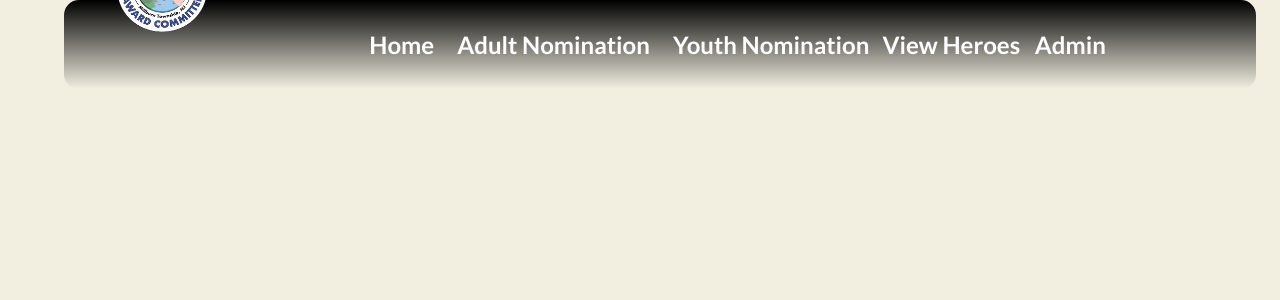
Repository: Centrattic/CSAC
Page: http://localhost/Frontend/error.php
These files come from the project's save history. The page is drawn as it stood at one moment and after the next save; the edit follows.
The browser window is 1280 px wide. The pictures show the whole page.
The page is run by PHP 8.4 with error messages shown; the project is at /var/www/html/.

Above is the page before, as saved 2020-12-22 18:15:15.

### Frontend/error.php
<?php
require '../Backend/functions.php';
session_start();

?>

<main>
<html>
  <head>
    <link href="https://fonts.googleapis.com/css2?family=Lato:ital,wght@0,400;0,700;1,300;1,400&display=swap" rel="stylesheet">
    <link rel = "stylesheet" href = "../CSS/navbar.css">
  </head>
  <body>

    <?php
        navbar();


        if (!function_exists('checkForError')) {
          function checkForError() {
              if(isset($_GET['error'])) {
                  echo("<span class = 'error-message' style = 'all: unset; color:red; font-size: 1.5em; font-weight: 500;'>");
                  echo('An error has ocurred! ');

                  if ($_GET['error'] == "notsignedin") {
                    echo('You are not signed in.');
                  } elseif ($_GET['error'] == "emptyloginfields") {
                    echo('You have empty login fields you must fill out.');
                  } elseif ($_GET['error'] == "databaseerror") {
                    echo('This is a very odd database error.');
                  } elseif ($_GET['error'] == "wrong_password") {
                    echo('You have entered the wrong password.');
                  } elseif ($_GET['error'] == "CRAZYSTUFF") {
                    echo('This is CRAZY STUFF!');
                  } elseif ($_GET['error'] == "nouser") {
                    echo('There is no such user in the database.');
                  } elseif ($_GET['error'] == "file_size>5MB") {
                    echo('One or more of the file(s) you uploaded are larger than 5MB.');
                  } elseif ($_GET['error'] == "can't_upload") {
                    echo('The file(s) you uploaded failed to upload.');
                  } elseif ($_GET['error'] == "wrong_file_type") {
                    echo('One or more of the file(s) you uploaded have the wrong file type.
                    The correct types are: jpg, png, or jpeg for images & docx or pdf for files.');
                  } elseif ($_GET['error'] == "unsuccessful_store") {
                    echo('Your information could not be stored.');
                  } elseif ($_GET['error'] == "unsuccessful_execute") {
                    echo('Your information could not be entered into the database.');
                  } elseif ($_GET['error'] == "unsuccessful_bind") {
                    echo('Your information could not be processed.');
                  } elseif ($_GET['error'] == "preparation_error") {
                    echo('Your information could not be prepared for databse entry.');
                  } else {
                    echo('What a confusing error!');
                  }

                  echo("<br><br> Please go back (press the back button) to retrieve your entered information and/or retry 😊.");
                  echo("</span>");
              }
          }
        }

        checkForError();

    // make sure page cant be accessed without user being signed in


      ?>
  </body>
</html>
</main>

### CSS/navbar.css
* {
    text-align: center;
    font-family: 'Lato', sans-serif;
}

body {
    background-color: #F2EFE1;
}


.menu-area li{
    display: inline;
    color: white;
    font-weight: bold;
    font-size: 1.5em;
    padding-bottom: 10px;
}

.menu-area .non-dropdown a{
    display: inline-block;
    padding: 30px 10px;
    color: white;
    box-sizing: border-box;

}

.menu-area a {
    text-decoration: none;
    color: white;
}

.menu-area .nav-dropdown .dropdown-content li a{
    display: inline-block;
    text-align: center;
    padding: 14px 16px;
    text-decoration: none;
}

.menu-area {
    width: 100%;
    background-image: linear-gradient(black, #F2EFE1);
    overflow: hidden;
    border-radius: 15px;
}

.menu-area .non-dropdown:hover{
    border-radius: 0px;
    border-bottom: 10px solid aliceblue;
}

.menu-area li a {
    box-sizing: border-box;
}

.nav-dropbtn {
    text-decoration: none;
    color: white;
}

/*FIX THIS LATER*/


#logout {
    all: unset;
}

body {
    margin: 0 5%;
}

/* ------------------*/



li.nav-dropdown {
    display: inline-block;
}

.dropdown-content {
    display: none;
    position: absolute;
    background-color: #f9f9f9;
    min-width: 150px;
    box-shadow: 0px 8px 16px 0px rgba(0,0,0,0.2);
    z-index: 1;

}

.dropdown-content a {
    color: black;
    padding: 12px 16px;
    text-decoration: none;
    display: block;
    font-size: .9em;
    text-align: left;
}


.dropdown-content a:hover {
    background-color: #f1f1f1;
}


.nav-dropdown:hover .dropdown-content {
    display: block;
    border-radius: 0px;
}


/* Footer*/



.site-footer {
    background-color: #E2DECC;
      text-align: center;
      margin: 10px 0;
      padding: 10px 0;
  }

  #social-wrapper {
      text-align: center;
  }

  /*Social Media Icons*/
  .social-wrapper {
      text-align: center;
  }

  .social-wrapper ul li {
      display: inline;
      margin: 0 5px;
  }

  .twitter-icon,
  .facebook-icon,
  .instagram-icon,
  .linkedin-icon,
  .googleplus-icon,
  .youtube-icon,
  .foursquare-icon{
      margin-top: .625em;
      width: 40px;
      height: 40px;
      opacity: .6;
      filter: alpha(opacity=60); /* For IE8 and earlier */
    border-radius: 25px;
  }

  .twitter-icon:hover,
  .facebook-icon:hover,
  .instagram-icon:hover,
  .linkedin-icon:hover,
  .googleplus-icon:hover,
  .youtube-icon:hover,
  .foursquare-icon:hover {
      opacity: 1.0;
      filter: alpha(opacity=100); /* For IE8 and earlier */
  }

  .footer-nav p {
      text-align: center;
  }

Loaded but not shown: Backend/functions.php (863 lines, source omitted)

After the next save:
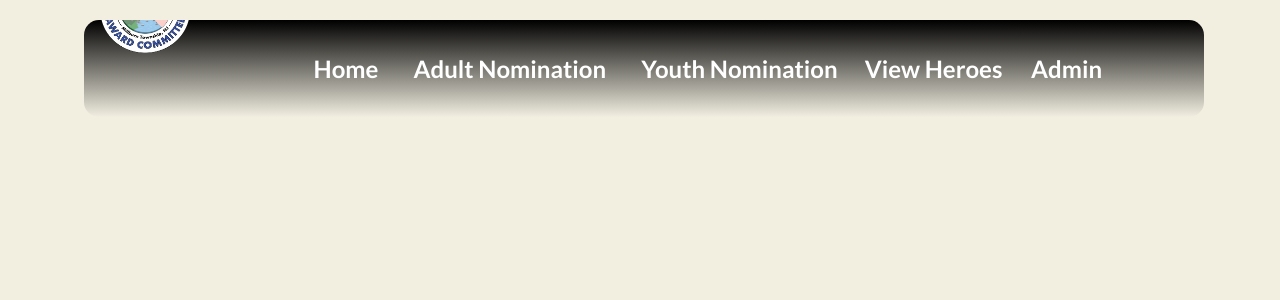
Saved 50 s later.
--- a/CSS/navbar.css
+++ b/CSS/navbar.css
@@ -1,6 +1,9 @@
 * {
     text-align: center;
+    padding: 2px;
+    margin: 2px;
     font-family: 'Lato', sans-serif;
+    font-size: 1em;
 }
 
 body {
